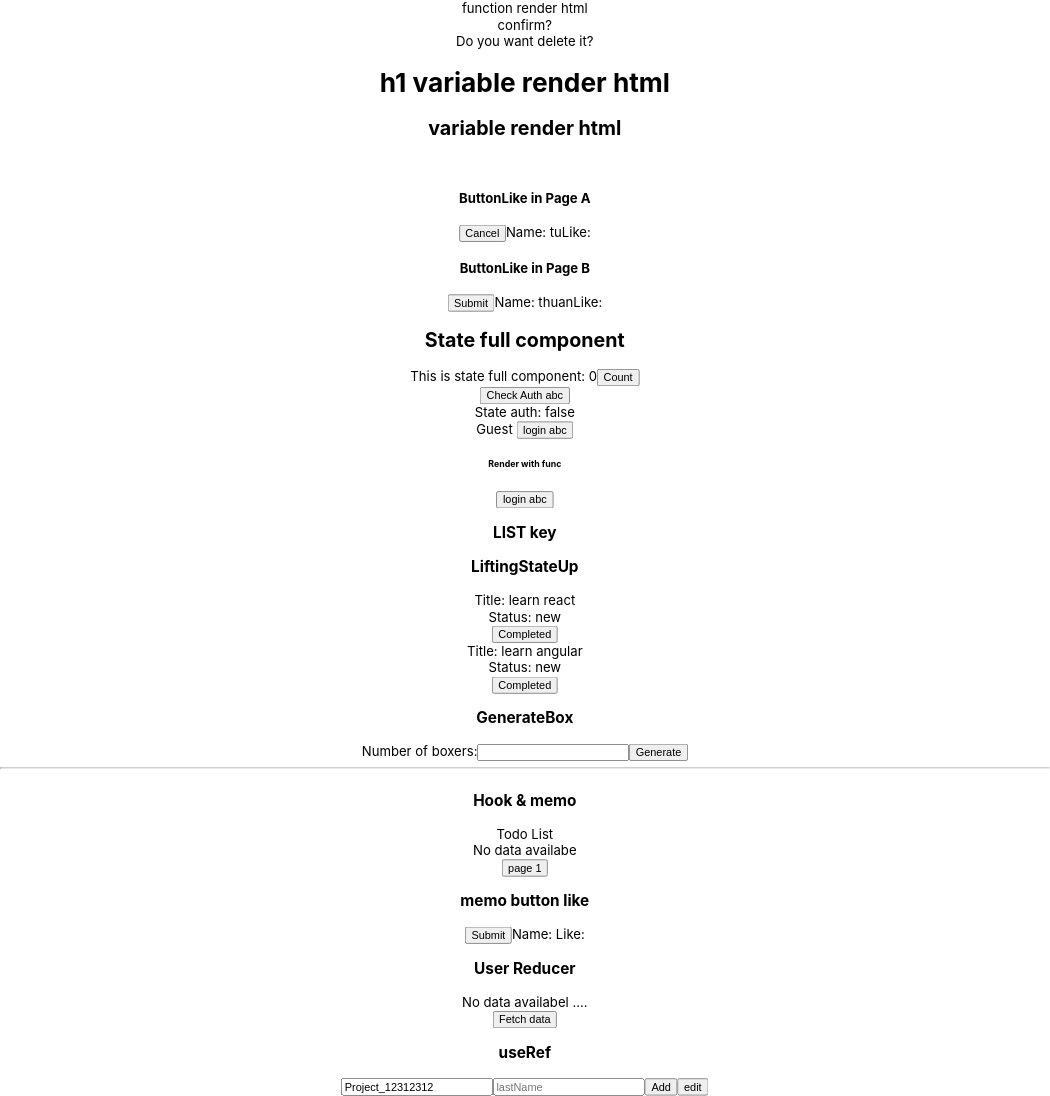
Repository: HoangTu18/reactjs-exercise
Page: /
The author's editor kept a copy of each file at every save. The page is drawn from the files as they stood at one save, then again after the next save.
The browser window is 1280 px wide. The pictures show the whole page, at 82% of full size.
The page's requests for data from a server got no answer. The project was rebuilt for these pictures with package versions that can differ from the ones it lists, and the page was loaded fresh each time. No one was signed in, and anything a server would have sent is missing. Also part of the build but not shown: src/pages/StateObject.jsx, src/components/GenerateBox/GenerateBoxItem.jsx.

Above is the page before, as saved 2022-06-12 10:30:16.

### src/App.js
import "./App.css";
import ButtonLike from "./components/ButtonLike";
import TitleSimple from "./components/TitleSimple";
import StateFullComponent from "./components/StateFullComponent";
import StateObject from "./pages/StateObject";
import ConditionalRender from "./pages/conditionalRender";
import LiftingStateUp from "./exercise/LiftingStateUp";
import GenerateBox from "./exercise/GenerateBox";
import Hook from "./pages/Hook";
import UserReduer from "./pages/UserReduer";
import UseRef from "./components/useRef";
function App() {
  const isLoading = true;
  // varible render html
  const ele1 = (
    <div>
      <h1>h1 variable render html</h1>
      <h2> variable render html</h2>
    </div>
  );
  return (
    <div className="App">
      <div>function render html</div>
      {isLoading ? <TitleSimple /> : "123"}
      {ele1}
      <br />
      <h4> ButtonLike in Page A</h4>
      <ButtonLike
        text="Cancel"
        type="button"
        className="buttonA"
        onClick={() => {
          console.log("buttonA");
        }}
        name="tu"
      />
      <h4> ButtonLike in Page B</h4>
      <ButtonLike
        type="submit"
        className="buttonB"
        onClick={() => {
          console.log("buttonB");
        }}
        name="thuan"
      />
      <h2>State full component</h2>
      <StateFullComponent />
      {/* <StateObject />
       */}
      <ConditionalRender />
      <h3>LiftingStateUp</h3>
      <LiftingStateUp />
      <h3>GenerateBox</h3>
      <GenerateBox />
      <h3>Hook & memo</h3>
      <Hook />
      <h3>User Reducer</h3>
      <UserReduer />
      <h3>useRef</h3>
      <UseRef />
    </div>
  );
}

export default App;

### src/components/ButtonLike.jsx
import React from "react";

ButtonLike.propTypes = {};

function ButtonLike({ text = "Submit", name, todoItem, like, ...props }) {
  return (
    <div>
      <button {...props}>{text}</button>
      Name: {name}
      {todoItem && (
        <div>
          <h6>Todo item</h6>
          Todo title: {todoItem?.title}
          Todo price: {todoItem?.price}
        </div>
      )}
      Like: {like}
      <br />
    </div>
  );
}

export default ButtonLike;

### src/components/TitleSimple.jsx
import React from "react";

TitleSimple.propTypes = {};

function TitleSimple(props) {
  return (
    <div>
      confirm? <br />
      Do you want delete it?
    </div>
  );
}

export default TitleSimple;

### src/components/StateFullComponent.jsx
import React from "react";

StateFullComponent.propTypes = {};

function StateFullComponent(props) {
  const [count, setCount] = React.useState(0);
  return (
    <div>
      This is state full component: {count}
      <button
        type="button"
        onClick={() => {
          setCount((prevState) => prevState + 1);
        }}
      >
        Count
      </button>
    </div>
  );
}

export default StateFullComponent;

### src/pages/conditionalRender.jsx
import React, { Fragment, useState } from "react";
import ButtonSimple from "../components/ButtonSimple";

function ConditionalRender() {
  const [todos, setTodos] = useState([
    {
      id: 1,
      title: "react",
    },
    {
      id: 2,
      title: "angular",
    },
  ]);
  const [isAuth, setIsAuth] = useState(false);
  let button = null;
  if (isAuth) {
    button = <ButtonSimple text="logout" />;
  } else {
    button = <ButtonSimple text="login" />;
  }

  function renderButtonLogin() {
    return <ButtonSimple text="login" />;
  }
  function renderButtonLogout() {
    return <ButtonSimple text="logout" />;
  }
  function renderButton() {
    return <div>{isAuth ? renderButtonLogout() : renderButtonLogin()}</div>;
  }

  function handleDeleteTodo(TodoId) {
    const todoIndex = todos.findIndex((todo) => todo.id === TodoId);
    const newTodo = [...todos];
    newTodo.splice(todoIndex, 1);
    console.log(TodoId);
  }

  return (
    <div>
      {/* {array.length > 0 &&
        array.map((item) => {
          return <div key={item}>This is item</div>;
        })} */}
      <ButtonSimple
        text="Check Auth"
        onClick={() => setIsAuth((prevState) => !prevState)}
      />
      <br />
      State auth: {isAuth.toString()}
      {isAuth ? <div>welcome to {button}</div> : <div>Guest {button}</div>}
      <h6>Render with func</h6>
      {isAuth ? renderButtonLogout() : renderButtonLogin()}
      <h3>LIST key</h3>
      {todos.length > 0 ? (
        <>
          {todos.map((todo) => {
            <Fragment key={todo.id}>
              Id: {todo.id} <br />
              title: {todo.title}
              <button type="button" onClick={() => handleDeleteTodo(todo.id)}>
                Delete
              </button>
            </Fragment>;
          })}
        </>
      ) : null}
    </div>
  );
}

export default ConditionalRender;

### src/exercise/LiftingStateUp.jsx
import React, { useState } from "react";
import TodoList from "../components/TodoList";

function LiftingStateUp() {
  const [todos, setTodos] = useState([
    {
      id: 1,
      title: "learn react",
      status: "new",
    },
    {
      id: 2,
      title: "learn angular",
      status: "new",
    },
  ]);
  function handleCompletedTodo(todoId) {
    console.log("handleCompletedTodo: ", todoId);
  }
  return (
    <div>
      <TodoList todos={todos} handleCompletedTodo={handleCompletedTodo} />
    </div>
  );
}

export default LiftingStateUp;

### src/exercise/GenerateBox.jsx
import React, { useState, useRef } from "react";
import GenerateBoxList from "../components/GenerateBox/GenerateBoxList";

function GenerateBox(props) {
  const input = useRef(null);
  let [count, setCount] = useState(0);
  let [boxs, setBoxs] = useState([]);
  function handleGenerate() {
    let tempArr = [...boxs];
    let tempCount = count;
    if (input.current.value <= 0) {
      return alert("please enter for box");
    }
    if (input.current.value > 127) {
      return alert("very box");
    }
    if (input.current.value <= 127) {
      for (let i = 1; i <= input.current.value; i++) {
        tempArr.push({ id: tempCount++ });
      }
    }

    setBoxs(tempArr);
    setCount(tempCount);
  }

  // function handleCount() {}
  return (
    <div>
      <div>
        Number of boxers:
        <input type="number" ref={input} />
        <button onClick={() => handleGenerate()}>Generate</button>
        <hr />
      </div>
      <GenerateBoxList boxs={boxs} />
    </div>
  );
}

export default GenerateBox;

### src/pages/Hook.jsx
import React, { useEffect, useState } from "react";
import ButtonLike from "../components/ButtonLike";
function Hook() {
  const [todos, setTodos] = useState([]);
  const [page, setPage] = useState(1);

  useEffect(() => {
    fetch(`https://jsonplaceholder.typicode.com/todos?_page=${page}&_limit=10`)
      .then((res) => res.json())
      .then((data) => setTodos(data));
  }, [page]);

  useEffect(() => {
    console.log("useEffect 2");
  }, []);

  return (
    <div>
      Todo List
      {todos.length > 0 ? (
        <>
          {todos.map((todo) => (
            <div key={todo.id}>
              id: {todo.id} <br />
              title: {todo.title} <br />
            </div>
          ))}
        </>
      ) : (
        <div>No data availabe</div>
      )}
      <button
        type="button"
        onClick={() => {
          setPage((prevState) => prevState + 1);
        }}
      >
        page {page}
      </button>
      <h3>memo button like</h3>
      <ButtonLike />
    </div>
  );
}

export default Hook;

### src/pages/UserReduer.jsx
import React, { useReducer } from "react";

// initialState
const initialState = {
  isLoading: false,
  todos: [],
  isError: false,
};

// actions
function setIsLoading(isLoading) {
  return {
    type: "SET_IS_LOADING",
    payload: isLoading,
  };
}

function setIsError(isError) {
  return {
    type: "SET_IS_ERROR",
    payload: isError,
  };
}

function setTodos(data) {
  return {
    type: "SET_TODO",
    payload: data,
  };
}

// reducer
function reducer(state = initialState, { type, payload }) {
  switch (type) {
    case "SET_IS_LOADING": {
      return {
        ...state,
        isLoading: payload,
      };
    }
    case "SET_IS_ERROR": {
      return {
        ...state,
        isError: payload,
      };
    }
    case "SET_TODO": {
      return {
        ...state,
        todos: payload,
      };
    }
    default:
      return state;
  }
}
function UserReduer() {
  // state
  const [{ isLoading, isError, todos }, dispatch] = useReducer(
    reducer,
    initialState
  );

  // actions
  async function handleFetchData() {
    dispatch(setIsLoading(true));
    dispatch(setIsError(false));
    try {
      const res = await fetch(
        "https://tony-json-server.herokuapp.com/api/todos"
      );
      const data = await res.json();
      dispatch(setTodos(data.data));
    } catch (error) {
      dispatch(setIsError(true));
    }
    dispatch(setIsLoading(false));
  }

  // view
  if (isLoading) return <div>Loading ....</div>;
  if (isError) return <div>Something error ....</div>;
  return (
    <div>
      {todos.length === 0 ? (
        <div>
          No data availabel .... <br />
        </div>
      ) : (
        <>
          {todos.map((todo, index) => (
            <div key={index}>
              ID: {todo.id} <br />
              Title: {todo.title}
            </div>
          ))}
        </>
      )}
      <button type="button" onClick={handleFetchData}>
        Fetch data
      </button>
    </div>
  );
}

export default UserReduer;

### src/components/useRef.jsx
import React, { useEffect, useRef, useState } from "react";

function UseRef(props) {
  // states
  const [firstName, setFirstName] = useState("Project_12312312");

  const firstNameRef = useRef(null);
  const [isFlag, setIsFlag] = useState(false);
  const firstRenderRef = useRef(null);

  let lastNameJs = "truong";
  // useEffect
  useEffect(() => {
    if (firstRenderRef.current) {
      firstRenderRef.current = false;
      lastNameJs = "tu";
    }
  }, [isFlag]);
  // refs

  function onSubmit() {
    console.log("ref: ", firstNameRef.current);
    firstNameRef.current.focus();
  }

  function onEdit() {
    firstNameRef.current.focus();
    // console.log("klength: ", firstNameRef.length);
    firstNameRef.current.setSelectionRange(
      0,
      firstNameRef.current.value.length
    );
  }

  function onChangeFirstName(e) {
    setFirstName(e.target.value);
  }
  return (
    <div>
      <input
        ref={firstNameRef}
        type="text"
        placeholder="firstName"
        value={firstName}
        onChange={onChangeFirstName}
      />
      <input type="text" placeholder="lastName" />
      <button type="button" onClick={onSubmit}>
        Add
      </button>
      <button type="button" onClick={onEdit}>
        edit
      </button>
    </div>
  );
}

export default UseRef;

### src/components/ButtonSimple.jsx
import React from "react";
import styles from "./buttonSimple.module.css";
function ButtonSimple({ text = "Submit", type = "button", ...props }) {
  return (
    <button type={type} className={styles.buttonSimple} {...props}>
      {text} abc
    </button>
  );
}

export default ButtonSimple;

### src/components/TodoList.jsx
import React from "react";
import TodoItem from "./TodoItem";

function TodoList({ todos, handleCompletedTodo }) {
  return (
    <div>
      {todos.map((todo) => (
        <TodoItem todo={todo} handleCompletedTodo={handleCompletedTodo} />
      ))}
    </div>
  );
}

export default TodoList;

### src/components/GenerateBox/GenerateBoxList.jsx
import React from "react";
import GenerateBoxItem from "./GenerateBoxItem";

function GenerateBoxList({ boxs  }) {
  return (
    <div style={{ display: "flex", flexWrap: "wrap" }}>
      {boxs.map((boxs) => (
        <GenerateBoxItem boxs={boxs} />
      ))}
    </div>
  );
}

export default GenerateBoxList;

### src/components/TodoItem.jsx
import React from "react";

function TodoItem({ todo, handleCompletedTodo }) {
  console.log("todo item:", todo);
  return (
    <div>
      Title: {todo.title} <br />
      Status: {todo.status} <br />
      <button type="button" onClick={() => handleCompletedTodo(todo.id)}>
        Completed
      </button>
    </div>
  );
}

export default TodoItem;

Loaded but not shown: public/index.html (common file); src/index.js (common file); src/index.css (common file); src/reportWebVitals.js (common file); src/App.css (common file); src/components/buttonSimple.module.css (no stored copy; drawn as an empty file)

After the next save:
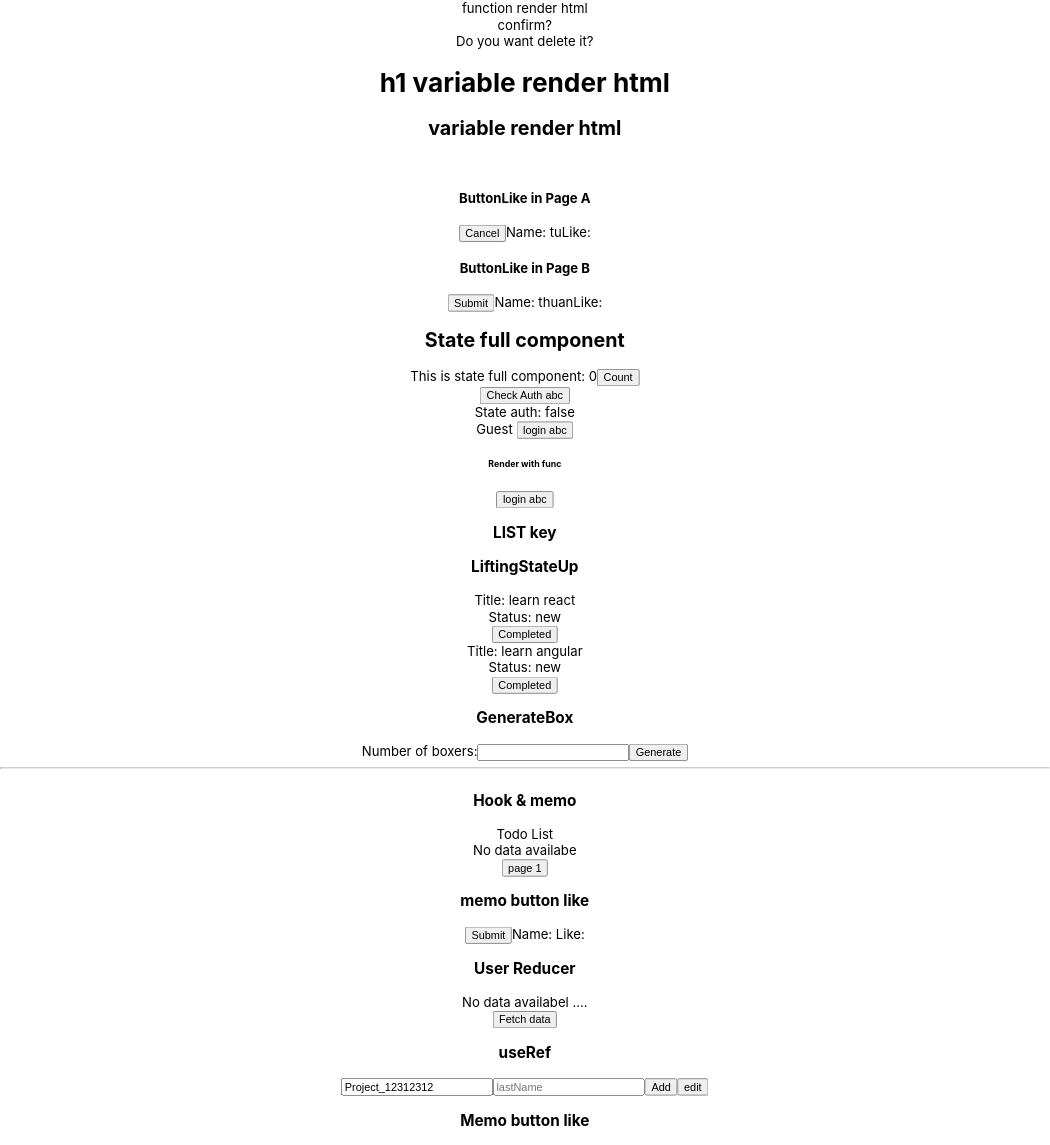
Saved 77 s later.
--- a/src/App.js
+++ b/src/App.js
@@ -58,6 +58,7 @@ function App() {
       <UserReduer />
       <h3>useRef</h3>
       <UseRef />
+      <h3>Memo button like</h3>
     </div>
   );
 }
